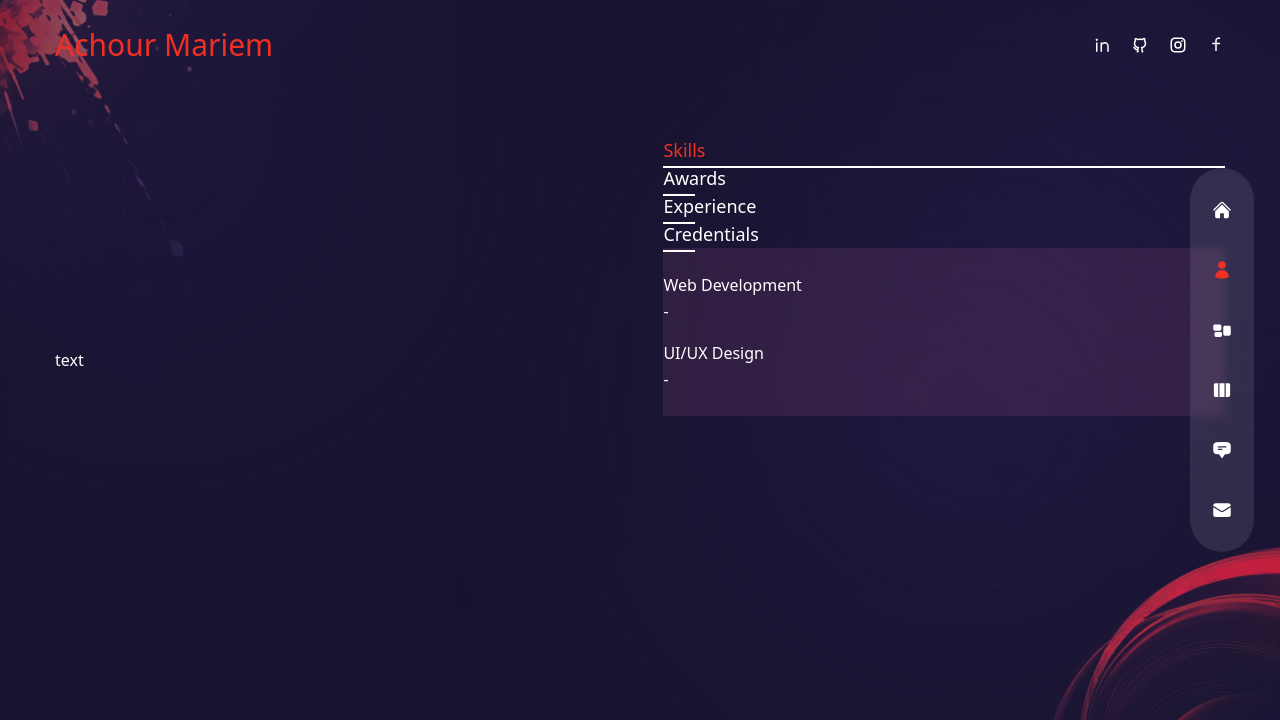
Repository: AchourMaryem/My-personal-portfolio
Page: /about
These files come from the project's save history. The page is drawn as it stood at one moment and after the next save; the edit follows.
The browser window is 1280 px wide. The pictures show the whole page.
The project was rebuilt for these pictures with package versions that can differ from the ones it lists, and the page was loaded fresh each time. The framework's server and built-in components were replaced by stand-ins that run in the browser. Also part of the build but not shown: next.config.js.

Above is the page before, as saved 2023-09-22 02:18:05.

### pages/_app.js
import '../styles/globals.css';
import Layout from '../components/Layout';
import Transition from '../components/Transition';
import { useRouter } from 'next/router';
import { AnimatePresence, motion } from 'framer-motion';

function MyApp({ Component, pageProps }) {
  const router = useRouter();
  return(
  <Layout>
    <AnimatePresence mode='wait'>
      <motion.div key={router.route} className='h-full'>
        <Transition />
        <Component {...pageProps} />
      </motion.div>
  </AnimatePresence>
  </Layout>
  );
}

export default MyApp;

### pages/about/index.js
import React, { useState } from 'react';

// icons
import {
  FaHtml5,
  FaCss3,
  FaJs,
  FaReact,
  FaWordpress,
  FaFigma,
} from "react-icons/fa";

import {
  SiNextdotjs,
  SiFramer,
  SiAdobexd,
  SiAdobephotoshop,
} from "react-icons/si";


//  data
export const aboutData = [
  {
    title: 'skills',
    info: [
      {
        title: 'Web Development',
        icons: [
          <FaHtml5 />,
          <FaCss3 />,
          <FaJs />,
          <FaReact />,
          <SiNextdotjs />,
          <SiFramer />,
          <FaWordpress />,
        ],
      },
      {
        title: 'UI/UX Design',
        icons: [<FaFigma />, <SiAdobexd />, <SiAdobephotoshop />],
      },
    ],
  },
  {
    title: 'awards',
    info: [
      {
        title: 'Webby Awards - Honoree',
        stage: '2011 - 2012',
      },
      {
        title: 'Adobe Design Achievement Awards - Finalist',
        stage: '2009 - 2010',
      },
    ],
  },
  {
    title: 'experience',
    info: [
      {
        title: 'UX/UI Designer - XYZ Company',
        stage: '2012 - 2023',
      },
      {
        title: 'Web Developer - ABC Agency',
        stage: '2010 - 2012',
      },
      {
        title: 'Intern - DEF Corporation',
        stage: '2008 - 2010',
      },
    ],
  },
  {
    title: 'credentials',
    info: [
      {
        title: 'Web Development - ABC University, LA, CA',
        stage: '2011',
      },
      {
        title: 'Computer Science Diploma - AV Technical Institute',
        stage: '2009',
      },
      {
        title: 'Certified Graphic Designer - ABC Institute, Los Angeles, CA',
        stage: '2006',
      },
    ],
  },
];

import Avatar from '../../components/Avatar';
import Circles from '../../components/Circles';
import {motion} from 'framer-motion';
import {fadeIn} from '../../variants';

const About = () => {
  const [index,setIndex] = useState(0);
  return (
  <div className='h-full bg-primary/30 py-32 text-center xl:text-left'>
    <Circles />
    <motion.div
     variants={fadeIn('right',0.2)}
      initial="hidden"
      animate="show"
      exit="hidden"
      className='hidden xl:flex absolute bottom-0 -left-[370px]'>
<Avatar />
    </motion.div>
    <div className='container mx-auto h-full flex felx-col items-center xl:flex-row gap-x-6'>
      <div className='flex-1 flex flex-col justify-center'>text</div>
      <div className='flex flex-col w-full xl:max-w-[48%] h-[480px]'>
        <div className='flex gap-x-4 xl:gap-x-8 mx-auto xl:mx-0 mb-4'>
        </div>
        <div>
          {aboutData.map((item, itemIndex)=>{
            return (
              <div
              key={itemIndex}
              className={`${index === itemIndex && 'text-accent after:w-[100%] after:bg-accent after:transition-all after:duration-300'} cursor-pointer capitalize xl:text-lg relative after:w-8 after:h-[2px] after:bg-white after:absolute after:-bottom-1 after:left-0`}
           onClick={()=> setIndex(itemIndex)}
           >
              {item.title}
            </div>
            );
          })}
        </div>
        <div className='bg-pink-400/10 py-2 xl:py-6 flex flex-col gap-y-2 xl:gap-y-4 items-center xl:items-start'>
  {aboutData[index].info.map((item, itemIndex) => {
    return (
      <div key={itemIndex}>
        <div>{item.title}</div>
        <div className='hidden md:flex'>-</div>
      </div>
    );
  })}
</div>

      </div>
    </div>
  </div>
  );
};

export default About;

### styles/globals.css
@tailwind base;
@tailwind components;
@tailwind utilities;

.translate-z-0 {
  transform: translateZ(0px);
}
.swiper-horizontal > .swiper-pagination-bullets .swiper-pagination-bullet,
.swiper-pagination-horizontal.swiper-pagination-bullets
  .swiper-pagination-bullet {
  background-color: #f13024;
}

.swiper-button-next:after,
.swiper-button-prev:after,
.swiper-button-next:after,
.swiper-rtl .swiper-button-prev:after {
  color: #f13024;
}

@layer base {
  body {
    @apply bg-secondary overflow-hidden leading-relaxed;
  }
  .page {
    @apply w-full h-screen overflow-hidden;
  }
  .h1 {
    @apply text-[35px] leading-tight md:text-[60px] md:leading-[1.3] mb-8 font-semibold;
  }
  .h2 {
    @apply text-[35px] leading-tight md:text-[54px] md:leading-[1.3] mb-4 font-semibold;
  }
  p {
    @apply leading-[1.8] text-white/60 font-light;
  }
  .btn,
  .input {
    @apply h-[52px];
  }
  .input {
    @apply w-full h-[52px] rounded-lg pl-6 capitalize;
  }
  .input,
  .textarea {
    @apply bg-transparent outline-none focus:ring-1 focus:ring-accent border border-white/20 placeholder:text-white/30 placeholder:font-light;
  }
  .textarea {
    @apply w-full h-[180px] p-6 capitalize rounded-lg resize-none;
  }
  .scrollable-content {
    /* Modifier la couleur de la barre de défilement en gris */
    scrollbar-width: thin;
    scrollbar-color: gray gray; /* Couleur de la barre de défilement et du track (fond) */
  }

  .scrollable-content::-webkit-scrollbar {
    width: 6px; /* Largeur de la barre de défilement */
  }

  .scrollable-content::-webkit-scrollbar-thumb {
    background-color: gray; /* Couleur de la barre de défilement */
  }

}

### components/Layout.js
import {Sora} from '@next/font/google'


const sora = Sora({
  subsets:['latin'],
  variable:'--font-sora',
  weight:['100','200','300','400','500','600','700','800'],
});
import Nav from '../components/Nav'
import Header from '../components/Header'
import TopLeftImg from '../components/TopLeftImg'

const Layout = ({children}) => {
  return <div className={'page bg-site text-white bg-cover bg-no-repeat ${sora.variable} font-sora relative '}>
   <TopLeftImg />
    <Nav />
    <Header />
    {children}
  </div>;
};

export default Layout;

### components/Transition.js
import {motion} from 'framer-motion';

const transitionVariants = {
  initial: {
    x: '100%',
    width: '100%',
  },
  animate: {
    x: '0%',
    width: '0%',
  },
  exit: {
    x: ['0%', '100%'],
    width: ['0%', '100%'],
  },
};

const Transition = () => {
  return (
    <>
      <motion.div
        className='fixed top-0 bottom-0 right-full w-screen h-screen z-30 bg-[#2e2257]'
        variants={transitionVariants}
        initial='initial'
        animate='animate'
        exit='exit'
        transition={{ delay: 0.2, duration: 0.6, ease: 'easeInOut' }}
      >
      </motion.div>
      <motion.div
        className='fixed top-0 bottom-0 right-full w-screen h-screen z-20 bg-[#3b2d71]'
        variants={transitionVariants}
        initial='initial'
        animate='animate'
        exit='exit'
        transition={{ delay: 0.4, duration: 0.6, ease: 'easeInOut' }}
      >
      </motion.div>
      <motion.div
        className='fixed top-0 bottom-0 right-full w-screen h-screen z-10 bg-[#4b3792]'
        variants={transitionVariants}
        initial='initial'
        animate='animate'
        exit='exit'
        transition={{ delay: 0.6, duration: 0.6, ease: 'easeInOut' }}
      >
      </motion.div>
    </>
  );
};

export default Transition;

### components/Avatar.js
import Image from 'next/image';

const Avatar = () => {
  return (
  <div className='hidden xl:flex xl:max-w-none'>
<Image
src={'/imagee.png'}
width={737}
height={678}
 alt=""
className='translate-z-0 w-full h-full'/>
  </div>
);
};

export default Avatar;

### components/Circles.js
import Image from 'next/image';

const Circles = () => {
  return (
  <div className='w-[200px] xl:w-[300px] absolute -right-16 -bottom-2 mix-blend-color-dodge animate-pulse duration-75 z-10'>
    <Image src={'/circles.png'}
     width={260}
     height={200}
      className='w-full h-full'
    alt="" />
  </div>);
};

export default Circles;

### components/Nav.js
// icons
import {
  HiHome,
  HiUser,
  HiViewColumns,
  HiRectangleGroup,
  HiChatBubbleBottomCenterText,
  HiEnvelope,
} from 'react-icons/hi2';

// nav data
export const navData = [
  { name: 'home', path: '/', icon: <HiHome /> },
  { name: 'about', path: '/about', icon: <HiUser /> },
  { name: 'services', path: '/services', icon: <HiRectangleGroup /> },
  { name: 'work', path: '/work', icon: <HiViewColumns /> },
  {
    name: 'testimonials',
    path: '/testimonials',
    icon: <HiChatBubbleBottomCenterText />,
  },
  {
    name: 'contact',
    path: '/contact',
    icon: <HiEnvelope />,
  },
];
import Link from 'next/link';
import { useRouter } from 'next/router';
const Nav = () => {
  const router = useRouter();
  const pathname = router.pathname;
  return (
    <nav className='flex flex-col items-center xl:justify-center gap-y-4 fixed h-max bottom-0 mt-auto xl:right-[2%] z-50 top-0 w-full xl:w-16 xl:max-w-md xl:h-screen' >
      {/*inner*/}
      <div className='flex w-full xl:flex-col items-center justify-between xl:justify-center gap-y-10 px-4 md:px-40 xl:px-0 h-[80px] xl:h-max py-8 bg-white/10 backdrop-blur-sm text-3xl xl:text-xl xl:rounded-full '>
        {navData.map((link, index) => {
         return(
          <Link
          className={`${link.path === pathname && 'text-accent'} relative flex items-center group hover:text-accent transition-all duration-300`}
          href={link.path}
          key={index}
          >

          {/* tooltip */}
          <div className='absolute pr-14 right-0 hidden xl:group-hover:flex'>
          <div className='bg-white relative flex text-primary itemscenter p-[6px] rounded-[3px]'>
          <div className='text-[12px] leading-none font-semibold capitalize'>
            {link.name}
            </div>
         {/* triangle */}
         <div className='border-solid border-l-white border-l-8 border-y-transparent border-y-[6px] border-r-0 absolute -right-2'></div>

          </div>
          </div>
         <div> {link.icon}</div>

        </Link>
        );
})}
      </div>
    </nav>
  );
};

export default Nav;

### components/Header.js
import Image from "next/image";
import Link from "next/link";
import { useRouter } from 'next/router';

import Socials from '../components/Socials';
const Header = () => {
  const router = useRouter();

  return (
    <header className="absolute z-30 w-full flex items-center px-16 xl:px-0 xl:h-[90px]">
      <div className="container mx-auto">
        <div className="flex flex-col lg:flex-row justify-between items-center py-8">
          {router.pathname === '/' ? (
            <Link href="/"></Link>
          ) : (
         <Link href="/" className="text-3xl text-accent "  >Achour Mariem</Link>
          )}
            <Socials>Socials</Socials>
        </div>
          </div>
    </header>

  );
};

export default Header;

### components/TopLeftImg.js
import Image from "next/image";
const TopLeftImg = () => {
  return <div className="absolute left-0 top-0 mix-blend-color-dodge z-10 w-[200px] xl:w-[400px] opacity-50">
    <Image src='/top-left-img.png' width={400} height={400}  alt=""/>
  </div>;
};

export default TopLeftImg;

### components/Socials.js
import Link from "next/link";
import {
  RiLinkedinLine,
  RiGithubLine,
  RiInstagramLine,
  RiFacebookLine} from 'react-icons/ri'
const Socials = () => {
  return (
  <div className="flex items-center gap-x-5 text-lg">
    <Link href={'https://www.linkedin.com/in/mariem-achour-915469235/'} target="_blank" rel="noopener noreferrer" className="hover:text-accent transition-all duration-300">
      <RiLinkedinLine />
    </Link>
    <Link href={'https://github.com/AchourMaryem?tab=repositories'} target="_blank" rel="noopener noreferrer" className="hover:text-accent transition-all duration-300">
      <RiGithubLine />
    </Link>
    <Link href={'https://www.instagram.com/maryem_achouur/'} className="hover:text-accent transition-all duration-300"target="_blank" rel="noopener noreferrer">
      <RiInstagramLine />
    </Link>
    <Link href={'https://www.facebook.com/profile.php?id=100070889742279'} className="hover:text-accent transition-all duration-300" target="_blank" rel="noopener noreferrer">
      <RiFacebookLine />
    </Link>
  </div>
  );
};

export default Socials;

Loaded but not shown: variants.js (common file); tailwind.config.js (common file)

After the next save:
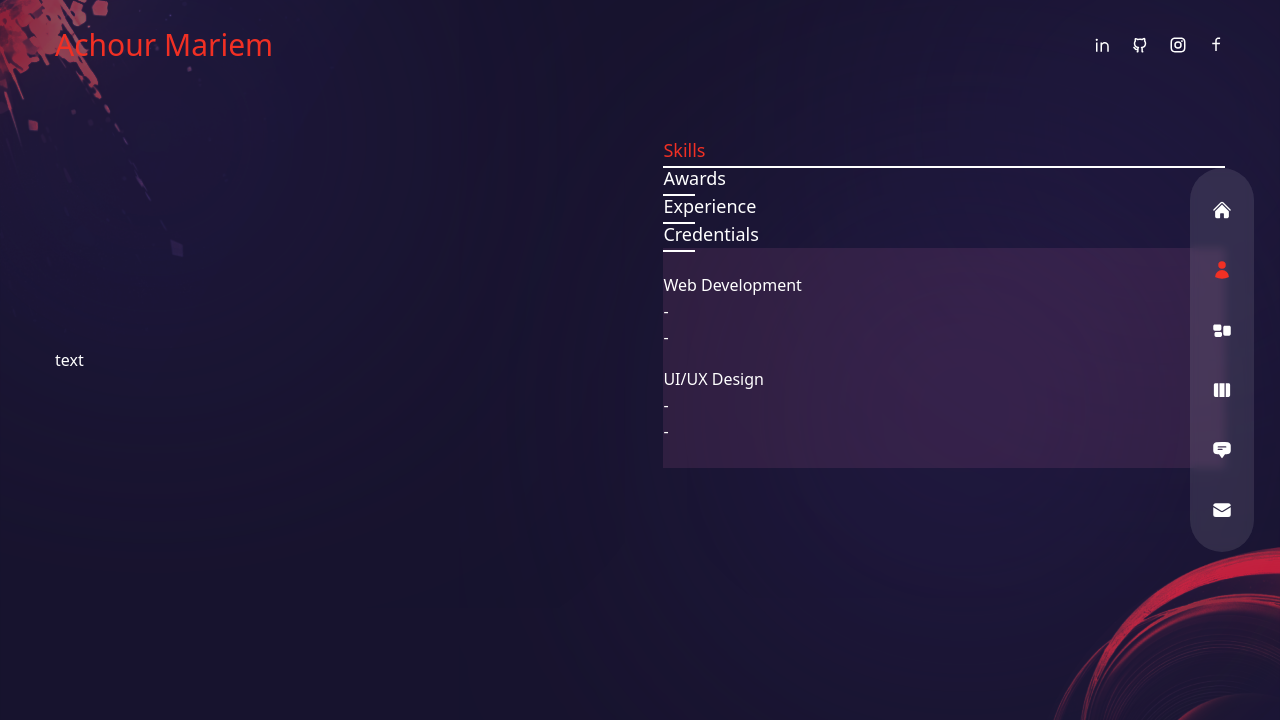
Saved 14 s later.
--- a/pages/about/index.js
+++ b/pages/about/index.js
@@ -132,6 +132,8 @@
       <div key={itemIndex}>
         <div>{item.title}</div>
         <div className='hidden md:flex'>-</div>
+        <div className='hidden md:flex'>-</div>
+
       </div>
     );
   })}

After the 5 saves that followed:
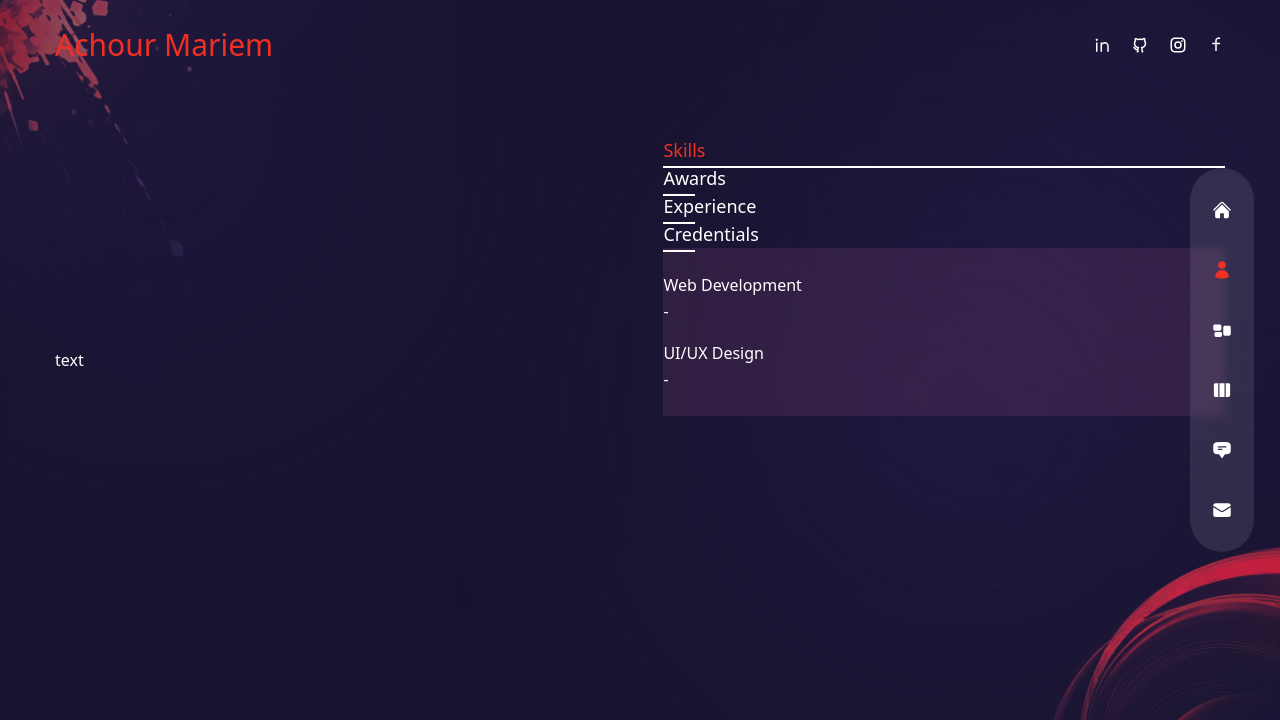
The 5 saves are shown as one change because 3 left the picture as it was and some came seconds apart.
The last was saved 41 s later.
--- a/pages/about/index.js
+++ b/pages/about/index.js
@@ -132,7 +132,7 @@
       <div key={itemIndex}>
         <div>{item.title}</div>
         <div className='hidden md:flex'>-</div>
-        <div className='hidden md:flex'>-</div>
+        <div>{item.stage}</div>
 
       </div>
     );
